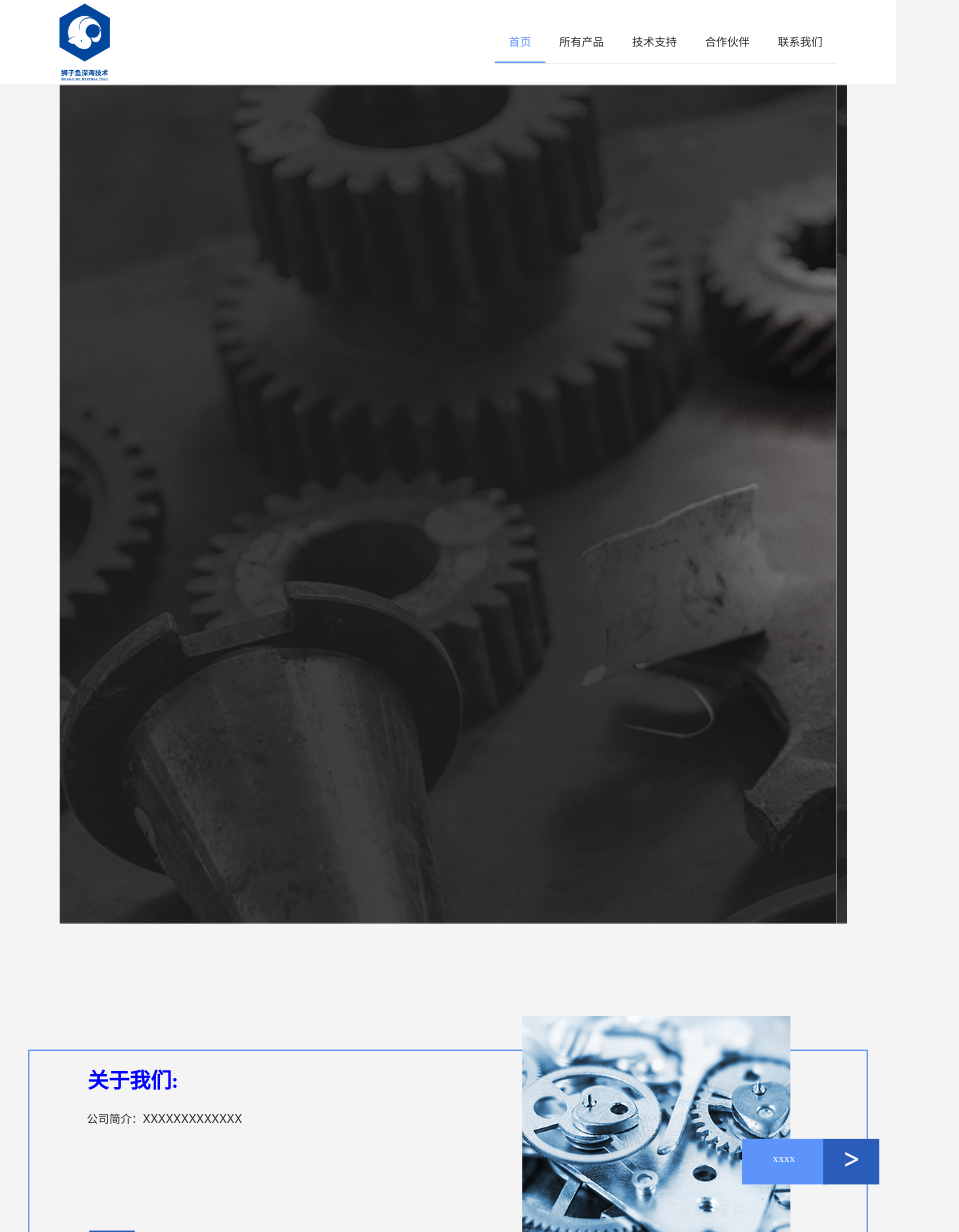
Repository: Noitom/Hadalsnailfish
Page: src/main/resources/static/index.html
An editor plug-in stored every save of this project. The page is shown before and after the next save, followed by the edit.
The browser window is 1280 px wide. The page is 1370 px wide, so the pictures cover 1370 px, including what lies to the right of the window. The pictures show the part of the page from y = 0 to 1760 px (the page is 4793 px tall), at 70% of full size.

Above is the page before, as saved 2021-12-13 18:05:03.

After the next save:
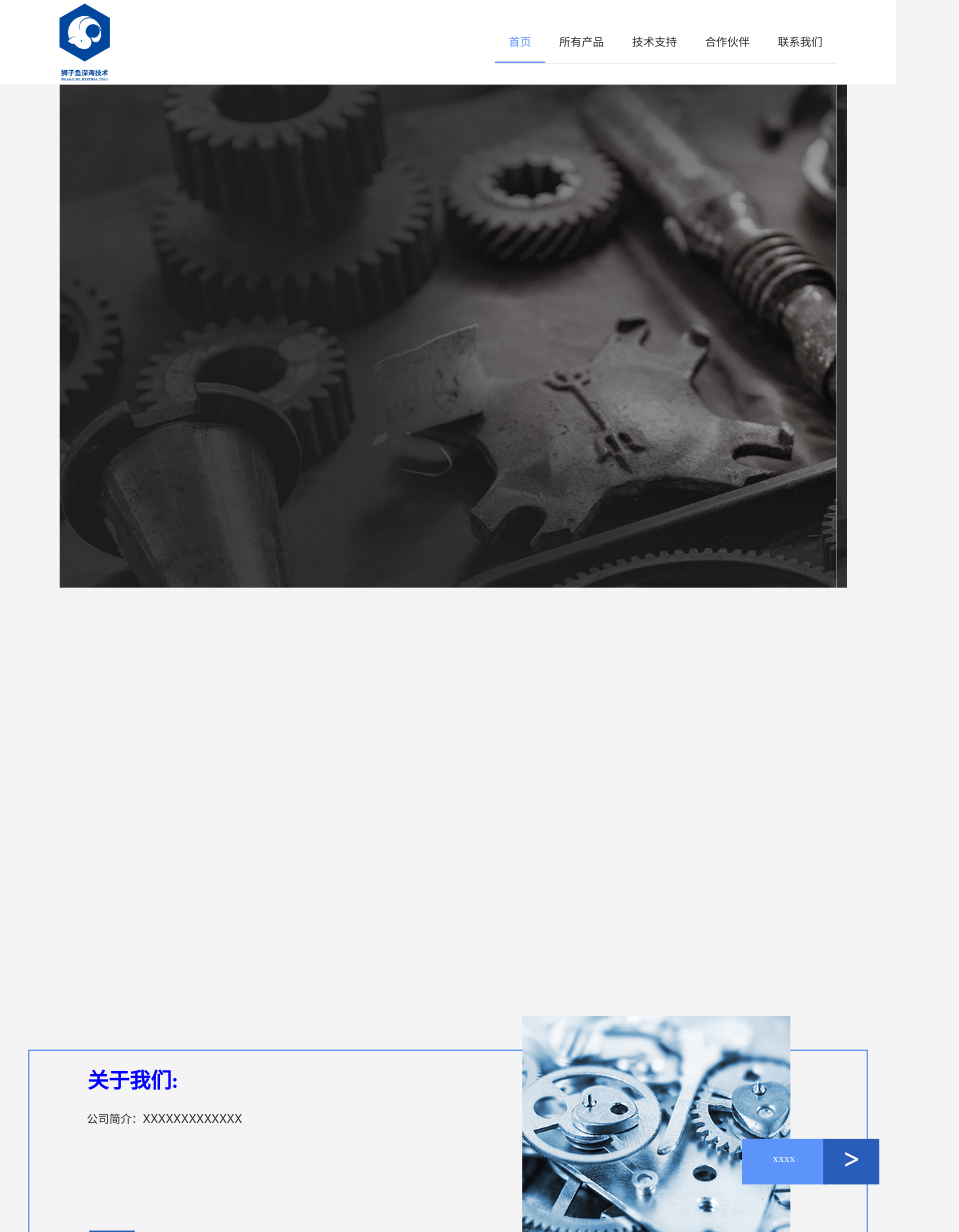
Saved 17 s later.
--- a/src/main/resources/static/index.html
+++ b/src/main/resources/static/index.html
@@ -133,7 +133,7 @@
             <div class="block" >
                 <el-carousel height="1200px">
                     <el-carousel-item v-for="item in imageList" :key="item">
-                        <img :src="item" style="height:1200px;">
+                        <img :src="item" style="height:720px;">
                     </el-carousel-item>
                 </el-carousel>
             </div>
